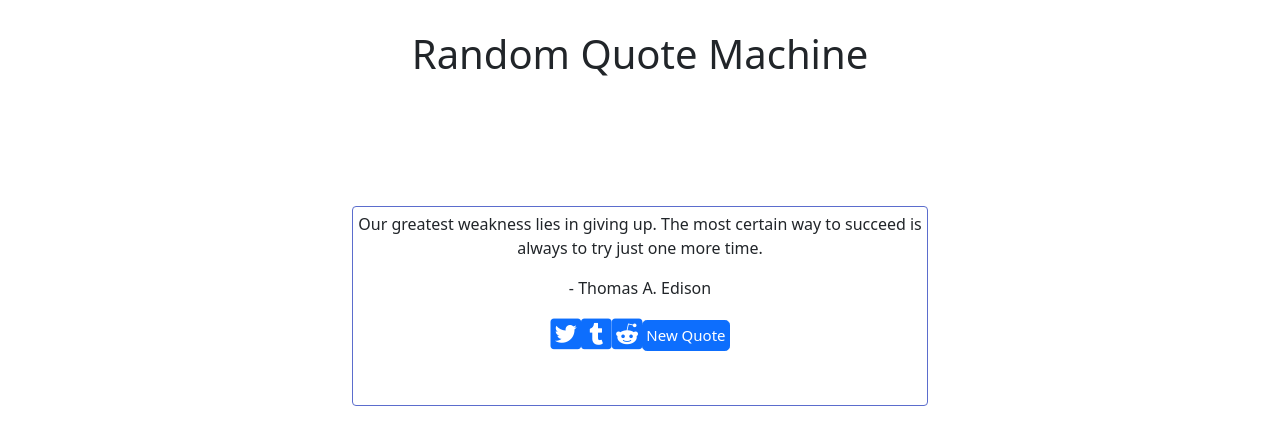
Repository: LuismGil/Random-quote-machine
Page: /
These files come from the project's save history. The page is drawn as it stood at one moment and after the next save; the edit follows.
The browser window is 1280 px wide. The pictures show the whole page.
The project was rebuilt for these pictures with package versions that can differ from the ones it lists, and the page was loaded fresh each time.

Above is the page before, as saved 2021-01-27 10:08:32.

After the next save:
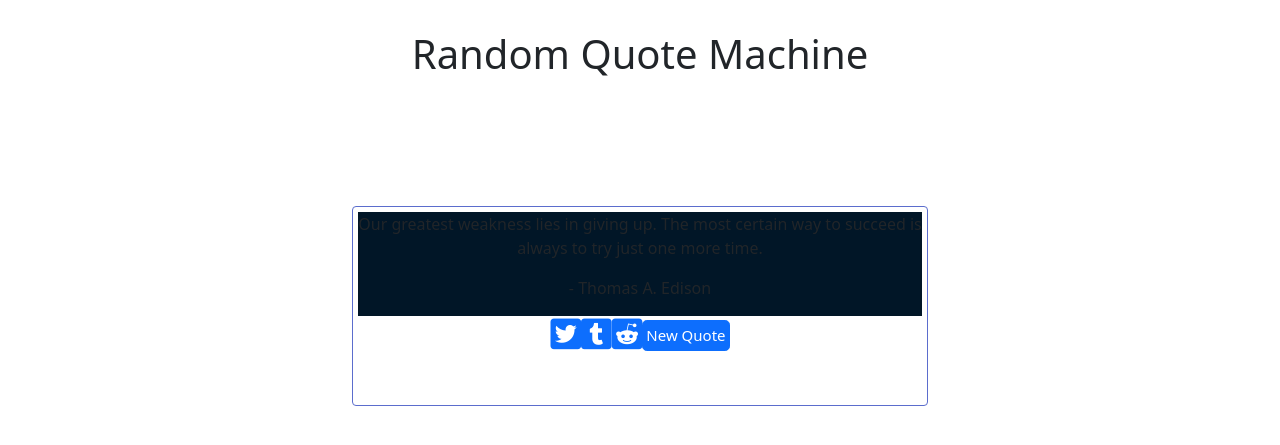
Saved 116 s later.
--- a/src/index.js
+++ b/src/index.js
@@ -129,7 +129,7 @@ const NewQuote = props => {
   const { quote } = props;
 
   return (
-    <div>
+    <div style={{ backgroundColor: quote.color }}>
       <p>{quote.quote}</p>
       <p id="author">{quote.author} </p>
     </div>
